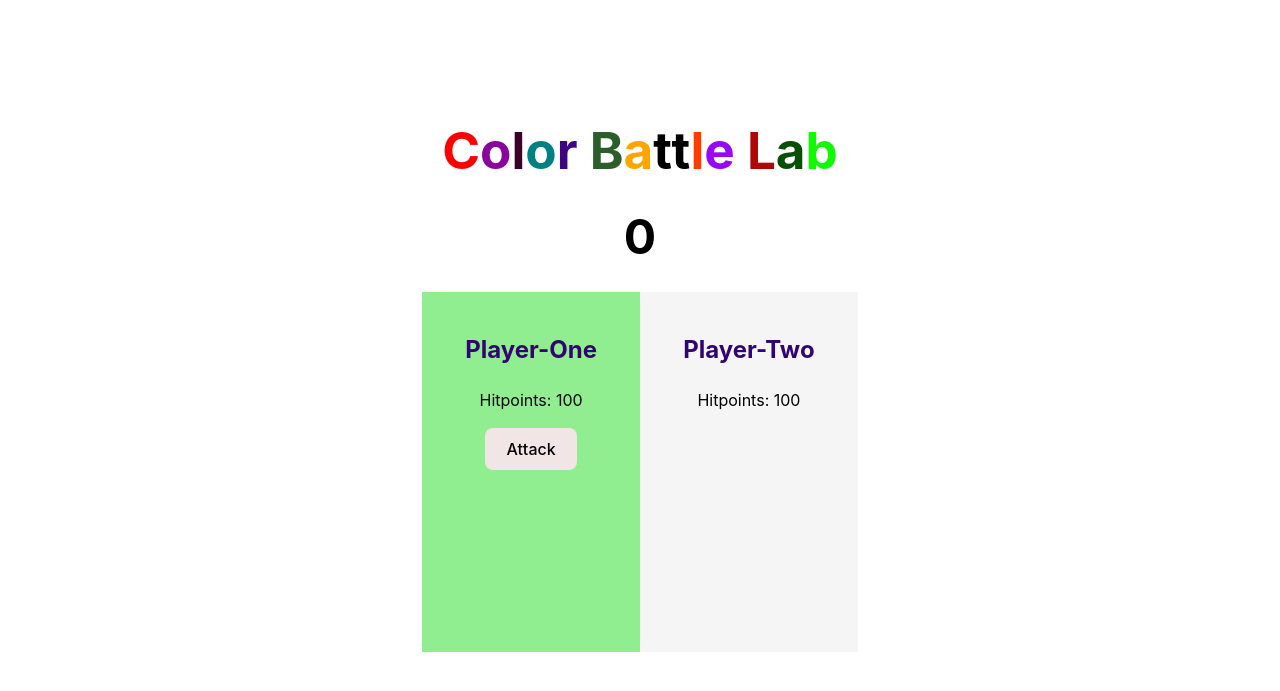
Repository: RAWdevX21/color-battle_lab-build
Page: /
An editor plug-in stored every save of this project. The page is shown before and after the next save, followed by the edit.
The browser window is 1280 px wide. The pictures show the whole page.
The project was rebuilt for these pictures with package versions that can differ from the ones it lists, and the page was loaded fresh each time. Also part of the build but not shown: vite.config.js.

Above is the page before, as saved 2023-08-17 05:30:15.

### index.html
<!doctype html>
<html lang="en">
  <head>
    <meta charset="UTF-8" />
    <link rel="icon" type="image/svg+xml" href="/vite.svg" />
    <meta name="viewport" content="width=device-width, initial-scale=1.0" />
    <title>Color Battle</title>
  </head>
  <body>
    <div id="root"></div>
    <script type="module" src="/src/main.jsx"></script>
  </body>
</html>

### src/App.jsx
import { useState } from "react";
import GameBanner from "./Components/GameBanner";
import Player from "./Components/PlayerInfo";
import "./App.css";

export default function App() {

  const [player1, setPlayer1] = useState({
    name: "Player-One",
    color: "lightgreen",
    hitpoints: 100,
    turn: true
  });

  const [player2, setPlayer2] = useState({
    name: "Player-Two",
    color: "babyblue",
    hitpoints: 100,
    turn: false
  });

  const [dice, setDice] = useState(0);

  const handleAttack = (attacker, defender, setAttacker, setDefender) => {
    const damage = Math.floor(Math.random() * 6) + 1;
    setDice(damage);

    const updatedDefender = {
      ...defender,
      hitpoints: defender.hitpoints - damage
    };
    const updatedAttacker = { ...attacker, turn: false };

    setDefender(updatedDefender);
    setAttacker(updatedAttacker);

    // Switch turns
    if (attacker === player1) {
      setPlayer2({ ...player2, turn: true });
    } else {
      setPlayer1({ ...player1, turn: true });
    }


    if (updatedDefender.hitpoints <= 0) {
      alert(`${attacker.name} wins!`);
    }
  };

  return (
    <div className="game-board">
      <GameBanner damagePoints={dice} />

      <div className="players-container">
        <div className="player-wrapper">
          <Player
            player={player1}
            onAttack={() =>
              handleAttack(player1, player2, setPlayer1, setPlayer2)
            }
          />
        </div>
        <div className="player-wrapper">
          <Player
            player={player2}
            onAttack={() =>
              handleAttack(player2, player1, setPlayer2, setPlayer1)
            }
          />
        </div>
      </div>
    </div>
  );
}

### src/index.css
:root {
  font-family: Inter, system-ui, Avenir, Helvetica, Arial, sans-serif;
  line-height: 1.5;
  font-weight: 400;

  color-scheme: light dark;
  background-color: #242424;

}

body {
  margin: 0;
  display: flex;
  place-items: center;
  min-width: 320px;
  min-height: 100vh;
}

h1 {
  font-size: 3.2em;
  line-height: 1.1;
}

button {
  border-radius: 8px;
  border: 1px solid transparent;
  padding: 0.6em 1.2em;
  font-size: 1em;
  font-weight: 500;
  font-family: inherit;
  background-color: #1a1a1a;
  cursor: pointer;
  transition: border-color 0.25s;
}
button:hover {
  border-color: #646cff;
}
button:focus,
button:focus-visible {
  outline: 4px auto -webkit-focus-ring-color;
}

@media (prefers-color-scheme: light) {
  :root {
    background-color: #ffffff;
  }

  button {
    background-color: #ffffff;
  }
}

### src/Components/GameBanner.jsx
import './GameBanner.css';
import Die from "./Die";

const GameBanner = ({ damagePoints }) => {
    return (
      <div className="banner">
        <h1>
          <span className="banner--c">C</span>
          <span className="banner--o">o</span>
          <span className="banner--l">l</span>
          <span className="banner--o2">o</span>
          <span className="banner--r">r</span>
          &nbsp;
          <span className="banner--b">B</span>
          <span className="banner--a">a</span>
          <span className="banner--t">t</span>
          <span className="banner--t">t</span>
          <span className="banner--l2">l</span>
          <span className="banner--e">e</span>
          &nbsp;
          <span className="banner--l3">L</span>
          <span className="banner--a2">a</span>
          <span className="banner--b2">b</span>
        </h1>
        <div className="damage-points">
          <Die value={damagePoints} />
        </div>
      </div>
    );
}

export default GameBanner;

### src/Components/PlayerInfo.jsx
import "./PlayerInfo.css";

const Player = ({ player, onAttack }) => {
  return (
    <div className="player" style={{ backgroundColor: player.color }}>
      <h2>{player.name}</h2>
      <p>Hitpoints: {player.hitpoints}</p>
      {player.turn && (
        <button className="attack-button" onClick={onAttack}>
          Attack
        </button>
      )}
    </div>
  );
};

export default Player;

### src/App.css
#root {
  margin: 0 auto;
  padding: 2rem;
  text-align: center;
}

h2 {
  color: rgb(49, 5, 112);
}

.game-board {
  padding: auto 1rem;
}

.players-container {
  display: flex;
  align-items: stretch;
}

.player-wrapper {
  flex: 1;
  height: 50vh !important;
  min-height: 50vh !important;
  box-sizing: border-box;
  overflow: hidden !important;
}

### src/Components/GameBanner.css
.banner {
    text-align: center;
    padding: 20px;
    background-color: #ffffff;
    color: black;
}

.damage-points {
    margin-top: 10px;
    font-size: 6rem;
}

.banner h1 span.banner--c { color: red; }
.banner h1 span.banner--o { color: rgb(140, 4, 158); }
.banner h1 span.banner--l { color: rgb(60, 1, 38); }
.banner h1 span.banner--o2 { color: teal; }
.banner h1 span.banner--r { color: rgb(62, 5, 131); }
.banner h1 span.banner--b { color: rgb(43, 94, 43); }
.banner h1 span.banner--a { color: orange; }
.banner h1 span.banner--t { color: black; }
.banner h1 span.banner--l2 { color: rgb(255, 60, 0); }
.banner h1 span.banner--e { color: rgb(153, 7, 245); }
.banner h1 span.banner--l3 { color: rgb(172, 8, 8); }
.banner h1 span.banner--a2 { color: rgb(8, 80, 8); }
.banner h1 span.banner--b2 { color: rgb(17, 250, 1); }

### src/Components/Die.jsx
import "./Die.css";

const Die = ({ value }) => {
  return <div className="die-container">{value}</div>;
};

export default Die;

### src/Components/PlayerInfo.css
div.player {
    height: 30rem;
    overflow: hidden;
}

.player {
    padding: 20px;
    box-sizing: border-box;
    background-color: #f5f5f5;
}

.attack-button {
    padding: 10px 20px;
    background-color: rgb(242, 229, 229);
    color: black;
    cursor: pointer;
}

### src/Components/Die.css
.die {
    text-align: center;
    font-size: 20px;
    margin-top: 20px;
}

.die-container {
    width: 50px;
    height: 50px;
    /* border: 2px solid black; */
    /* border-radius: 8px; */
    display: flex;
    align-items: center;
    justify-content: center;
    font-size: 3rem;
    font-weight: bold;
    margin: 10px auto;
}

Loaded but not shown: src/main.jsx (common file)

After the next save:
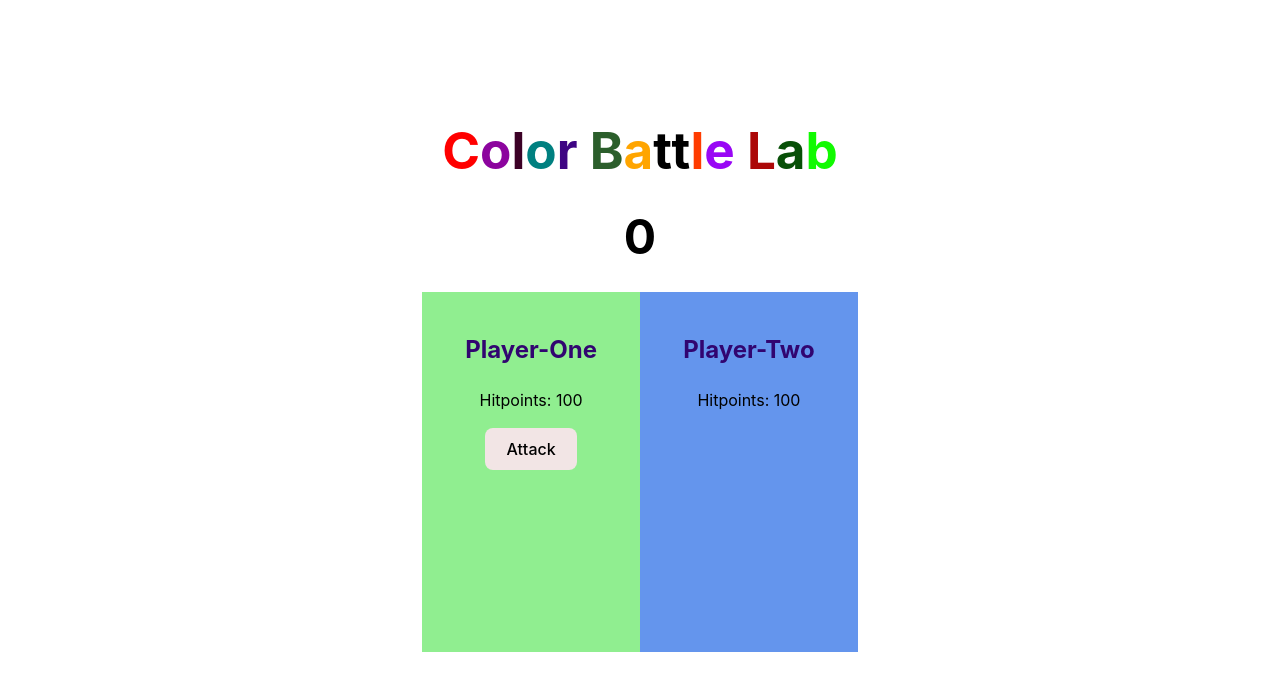
Saved 22 s later.
--- a/src/App.jsx
+++ b/src/App.jsx
@@ -14,7 +14,7 @@ export default function App() {
 
   const [player2, setPlayer2] = useState({
     name: "Player-Two",
-    color: "babyblue",
+    color: "cornflowerblue",
     hitpoints: 100,
     turn: false
   });
